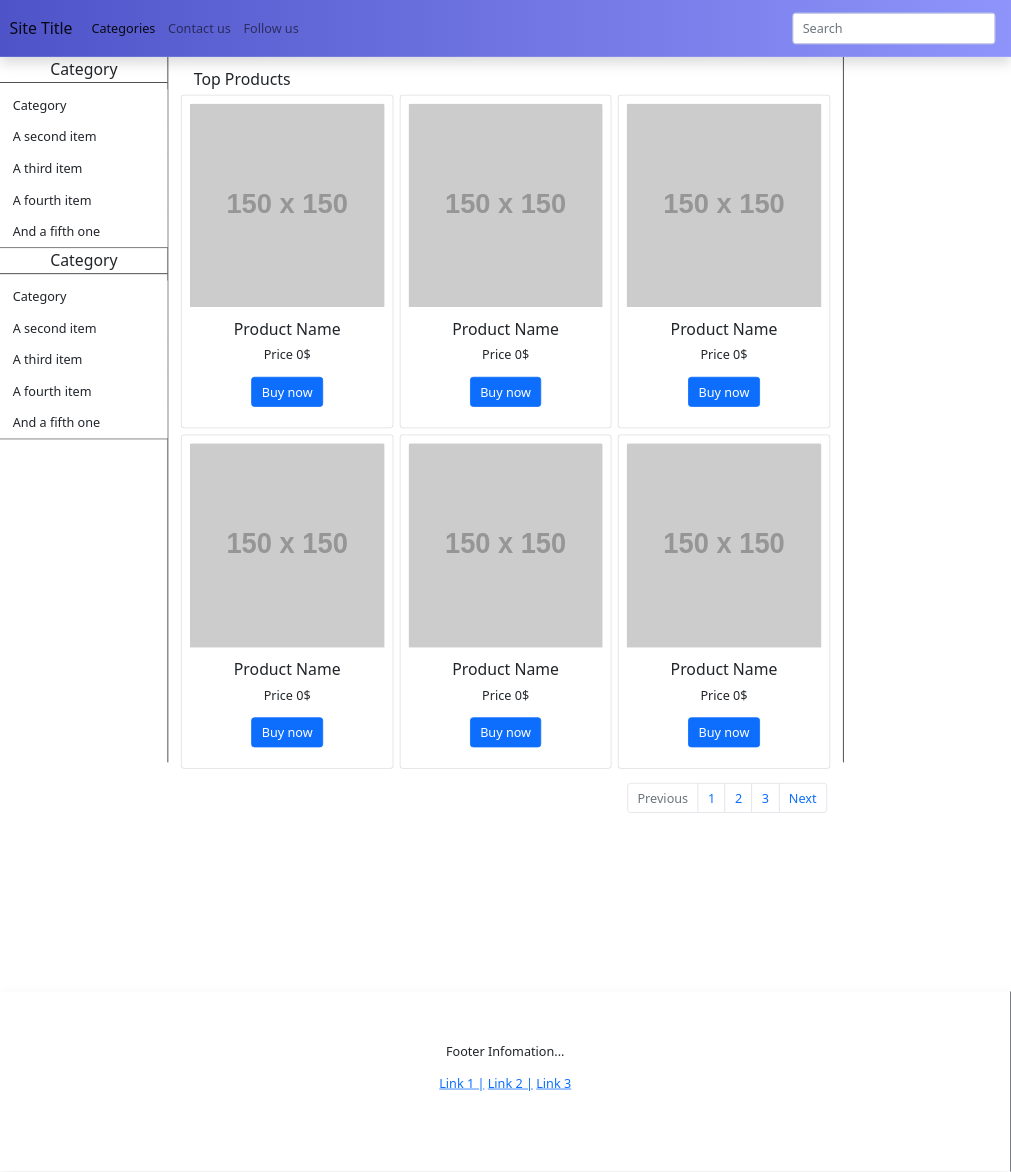
Repository: ttranhhoang/layoutBS
Page: layoutBS1/index.html
An editor plug-in stored every save of this project. The page is shown before and after a run of saves, followed by the edit.
The browser window is 1280 px wide. The pictures show the whole page, at 79% of full size.

Above is the page before, as saved 2022-04-24 22:56:56.

After the next 2 saves:
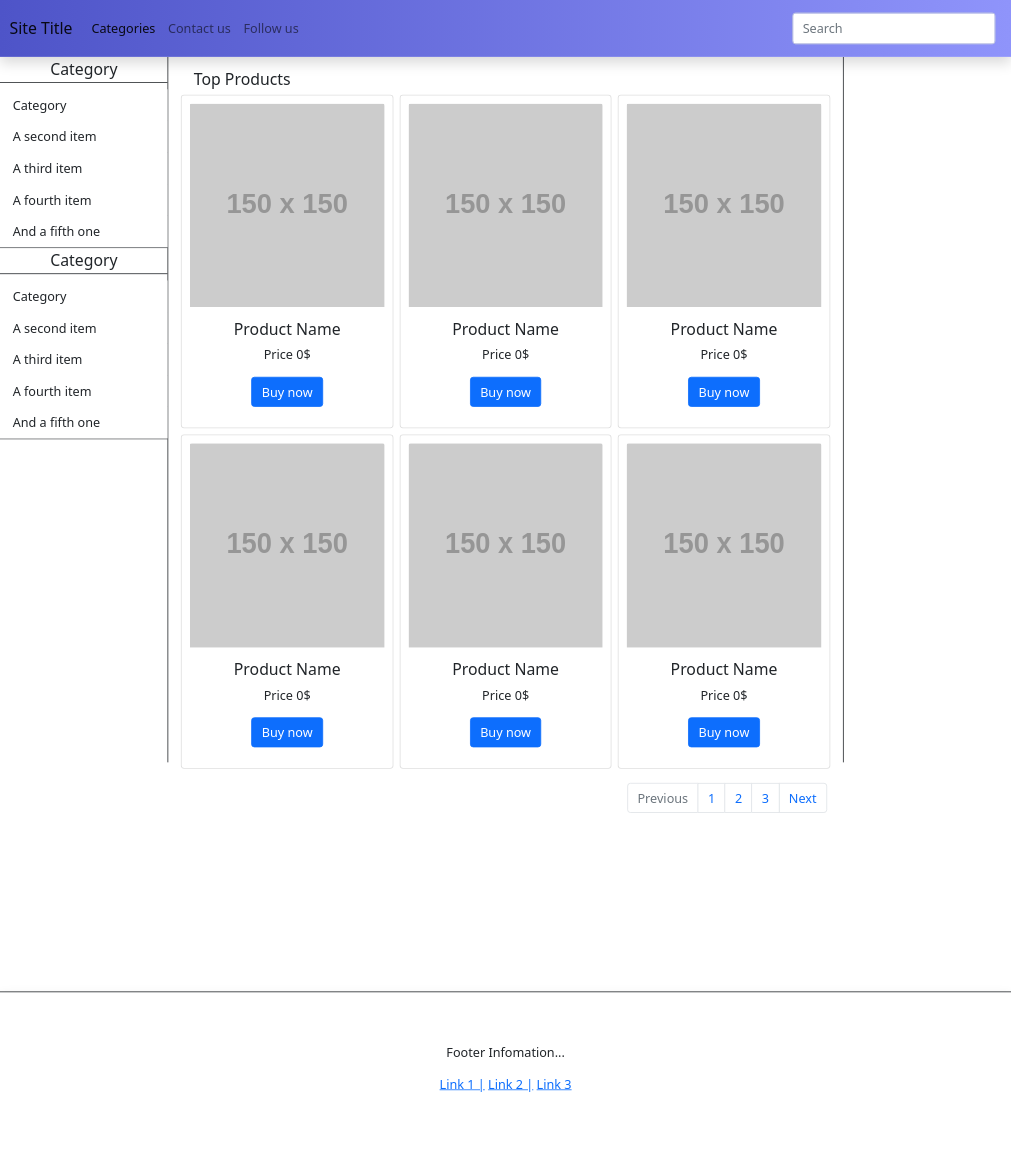
The 2 saves are shown as one change because they came seconds apart.
The last was saved 7 s later.
--- a/layoutBS1/index.html
+++ b/layoutBS1/index.html
@@ -228,7 +228,7 @@
       </div>
     </div>
 
-    <footer class="footer bg-white shadow align-self-end py-3 px-xl-5 w-100 border-1 border-end border-dark">
+    <footer class="footer bg-white shadow align-self-end py-3 px-xl-5 w-100 border-1 border-top border-dark">
       <div class="container-fluid py-5">
         <div class="row h-0 d-flex flex-column">
           <p class="text-center text-capitalize">footer infomation...</p>
